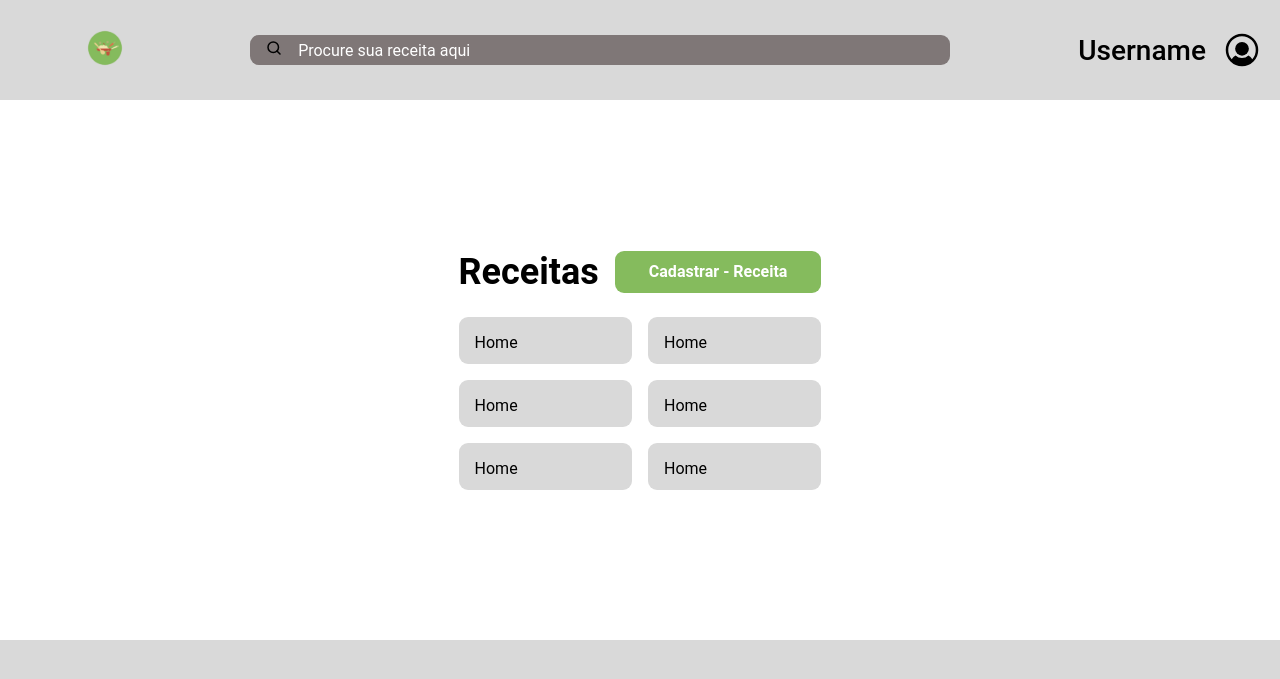
Repository: GabrielEduardoBrambilla/receitas-online
Page: /
These files come from the project's save history. The page is drawn as it stood at one moment and after the next save; the edit follows.
The browser window is 1280 px wide. The pictures show the whole page.
The project was rebuilt for these pictures with package versions that can differ from the ones it lists, and the page was loaded fresh each time. Also part of the build but not shown: vite.config.js.

Above is the page before, as saved 2024-04-15 19:39:57.

After the next save:
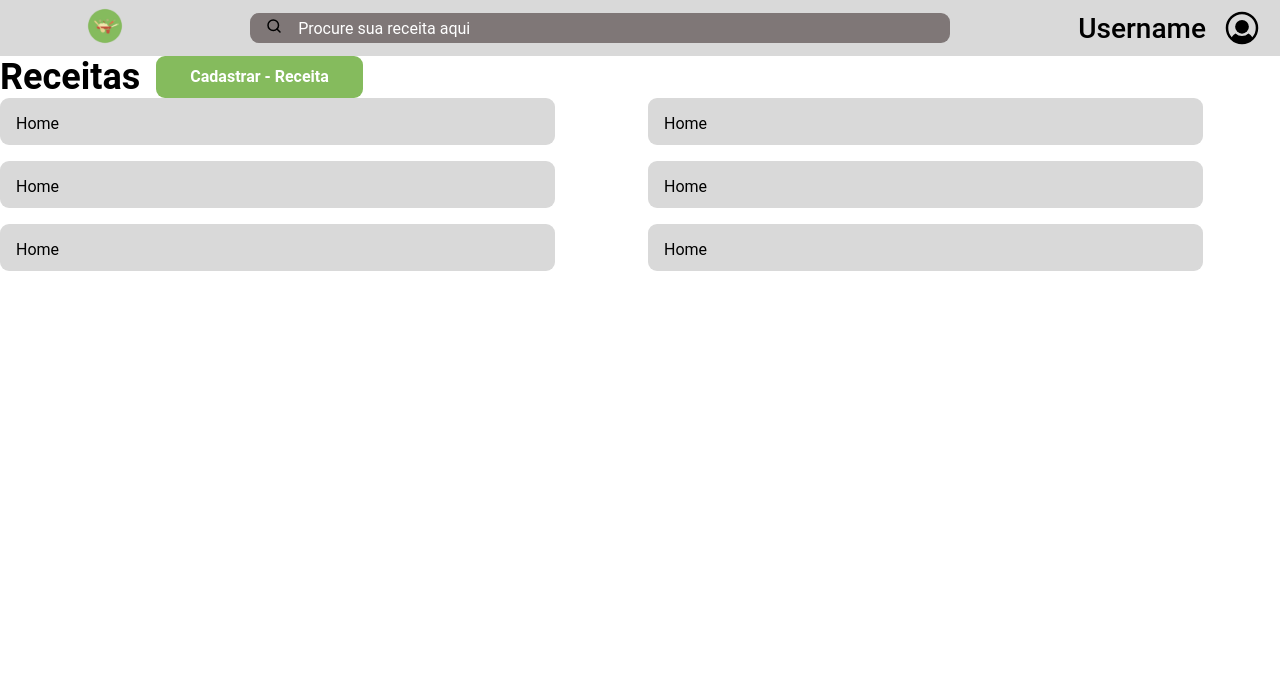
Saved 39 s later.
--- a/src/pages/Home/index.jsx
+++ b/src/pages/Home/index.jsx
@@ -6,12 +6,12 @@
 
 
 export function Home() {
-  return <Container>
+  return <Dialog.Root>
     <Navbar />
     <main>
       <TitleWrapper>
         <h2>Receitas</h2>
-        <Dialog.Root>
+        <>
           <Dialog.Trigger asChild>
             <button>Cadastrar - Receita</button>
           </Dialog.Trigger>
@@ -23,7 +23,7 @@
               <Dialog.Close />
             </Dialog.Content>
           </Dialog.Portal>
-        </Dialog.Root>
+        </>
       </TitleWrapper>
 
       <CardWrapper>
@@ -37,5 +37,5 @@
     </main>
 
     <footer></footer>
-  </Container>
+  </Dialog.Root>
 }

After the save that followed:
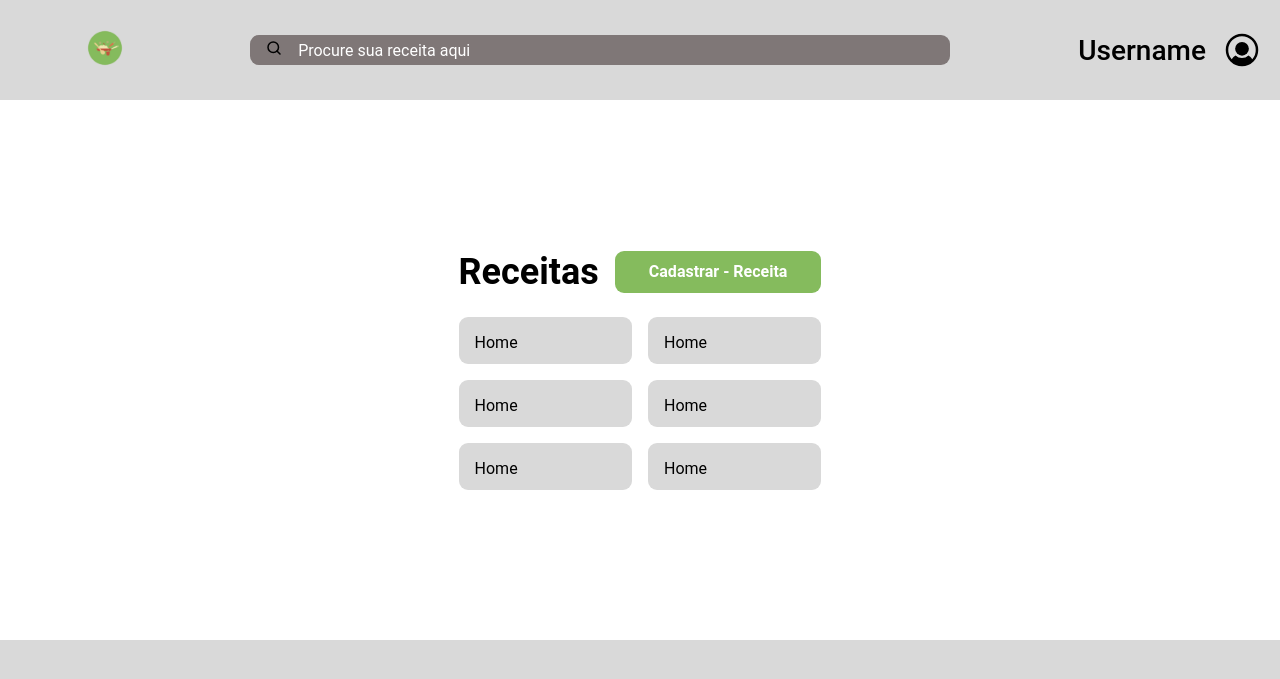
Saved 21 s later.
--- a/src/pages/Home/index.jsx
+++ b/src/pages/Home/index.jsx
@@ -6,12 +6,12 @@
 
 
 export function Home() {
-  return <Dialog.Root>
+  return <Container>
     <Navbar />
     <main>
       <TitleWrapper>
         <h2>Receitas</h2>
-        <>
+        <Dialog.Root>
           <Dialog.Trigger asChild>
             <button>Cadastrar - Receita</button>
           </Dialog.Trigger>
@@ -23,7 +23,7 @@
               <Dialog.Close />
             </Dialog.Content>
           </Dialog.Portal>
-        </>
+        </Dialog.Root>
       </TitleWrapper>
 
       <CardWrapper>
@@ -37,5 +37,5 @@
     </main>
 
     <footer></footer>
-  </Dialog.Root>
+  </Container>
 }
